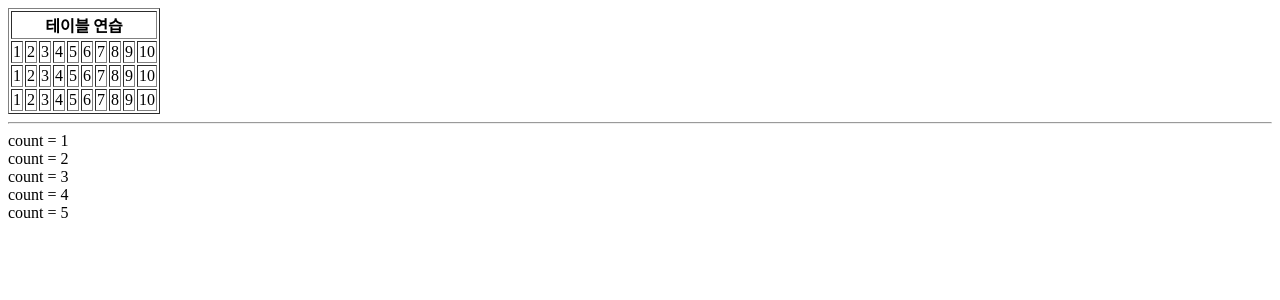
Repository: KimMinseooo/itwillStudy
Page: BACKEND/JSP/workspace_jsp/StudyJavascript/src/main/webapp/js04_1031/test11.html
An editor plug-in stored every save of this project. The page is shown before and after the next save, followed by the edit.
The browser window is 1280 px wide. The pictures show the whole page.

Above is the page before, as saved 2024-10-31 02:23:15.

### BACKEND/JSP/workspace_jsp/StudyJavascript/src/main/webapp/js04_1031/test11.html
<!DOCTYPE html>
<html>
<head>
<meta charset="UTF-8">
<title>Insert title here</title>
<script type="text/javascript">

/*

	[ while 문 ]
	- for문과 달리 조건식의 위치만 정해져 있고
	  나머지 요소 (초기식, 증감식 => 생략도 가능)의 위치는 개발자가 임의로 지정하는 반복문
	- 주로 , 반복 횟수가 정해져 있지 않고 , 상황에 따른 반복을 수행할 때 주로 사용
	< 기본 문법 >

	[초기식(1);] =>초기식은 while문보다 위(앞)쪽에 위치

	while (조건식(2)) {
		[증감식(4)]
		(3) 조건식 판별 결과가 true일 경우 반복 수행
		[증감식(4)]
	}

*
*/

// 	let i =0;
// 	while (i<3) {
// 		document.write(i +": Hello, World!<br>");
// 		i++;

// 	}
// 	document.write("<hr>");





</script>
</head>
<body>

	<table border="1" id="table">
		<tr>
			<th colspan="10">테이블 연습</th>
		</tr>
		<tr>
			<td>1</td>
			<td>2</td>
			<td>3</td>
			<td>4</td>
			<td>5</td>
			<td>6</td>
			<td>7</td>
			<td>8</td>
			<td>9</td>
			<td>10</td>
		</tr>

		<script>
		document.write("<tr>");
		for (let i=0;i<10;i++) {
			document.write(`<td>${i+1}</td>`);
		}
		document.write("</tr>");


		let i=0;
		document.write("<tr>");
		while (i<10) {
			document.write(`<td>${i+1}</td>`);
			i++;
		}
		document.write("</tr>");
		</script>

	</table>
	<hr>

	<script type="text/javascript">
		// 무한 루프
		// for문 또는 while문에서 조건식에 true 지정 시 무한 반복을 수행하는 무한 루프 구현 가능
		// => 단, 반복을 종료하려면 반복문 내에서 if문 등을 통해 등적 조건 만족 시
		// break 문을 통해 반복문 종료 가능

		let count = 1;

		while (true) {

			document.write("count = " +count + "<br>");

			if (count >=5) {
				break;
			}
			 count++;

		}


	</script>





</body>
</html>

After the next save:
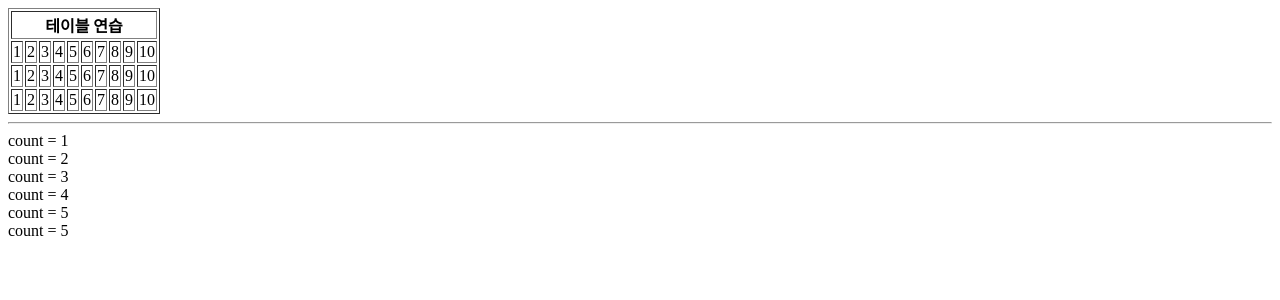
Saved 76 s later.
--- a/BACKEND/JSP/workspace_jsp/StudyJavascript/src/main/webapp/js04_1031/test11.html
+++ b/BACKEND/JSP/workspace_jsp/StudyJavascript/src/main/webapp/js04_1031/test11.html
@@ -96,6 +96,7 @@
 
 		}
 
+		document.write("count = " +count +"<br>");
 
 	</script>
 
